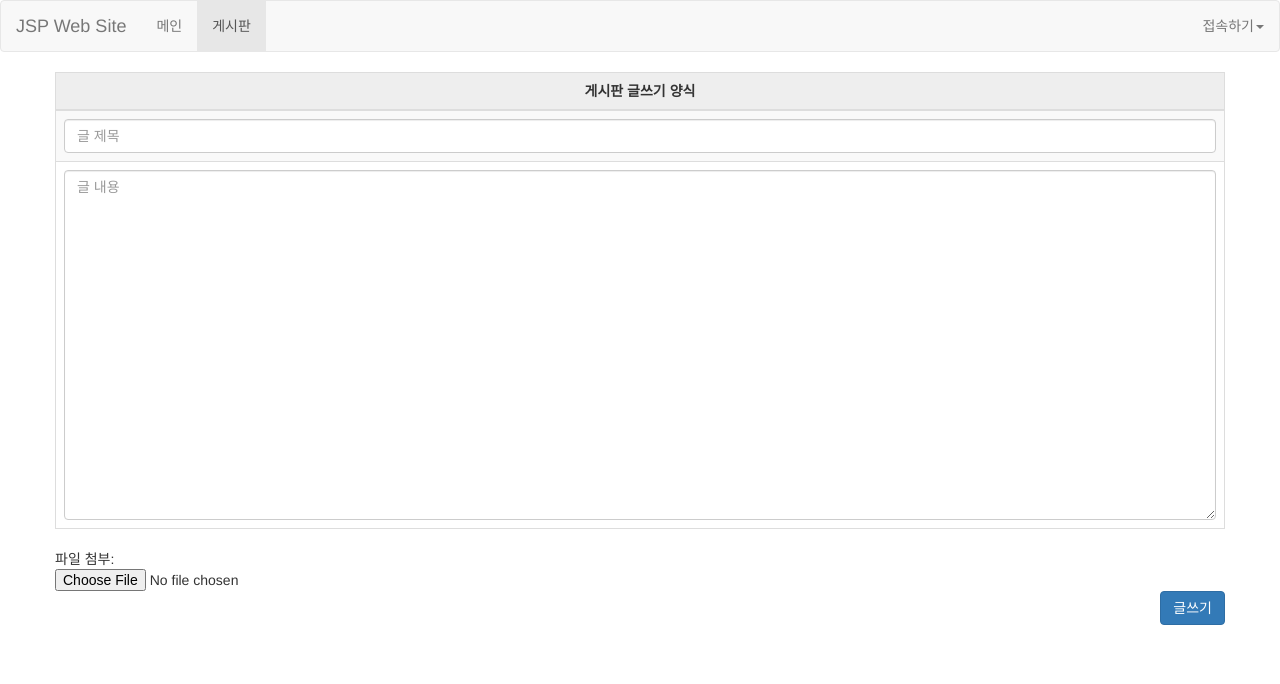
Repository: seung-kook/JSPBBSUPLOAD
Page: http://localhost/BBS/write.jsp
An editor plug-in stored every save of this project. The page is shown before and after the next save, followed by the edit.
The browser window is 1280 px wide. The pictures show the whole page.
Some web libraries are served in a nearby version. The page is served by Tomcat 9.

Above is the page before, as saved 2022-03-15 05:40:24.

After the next save:
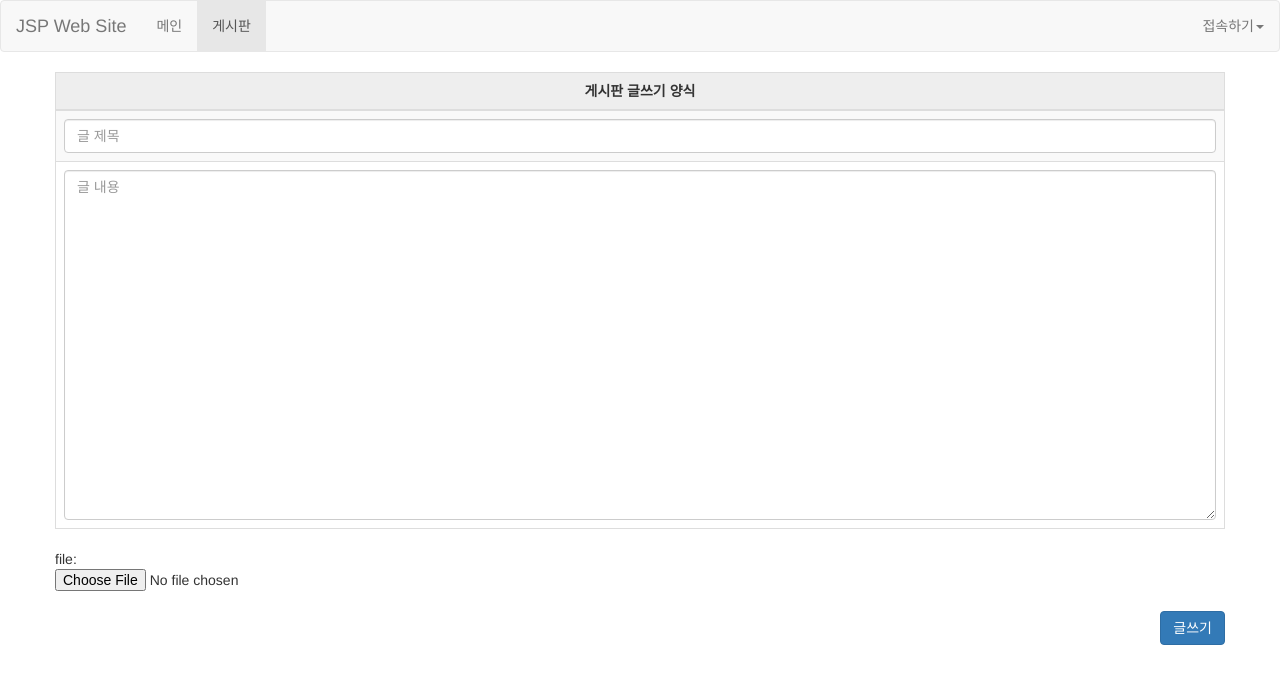
Saved 83 min 54 s later.
--- a/BBS/src/main/webapp/write.jsp
+++ b/BBS/src/main/webapp/write.jsp
@@ -66,7 +66,7 @@
 	</nav>
 	<div class="container">
 		<div class="row">
-			<form method="post" action="writeAction.jsp" enctype="multipart/form-data">
+			<form name="from" method="post" action="writeAction.jsp" enctype="multipart/form-data">
 				<table class="table table-striped" style="text-align: center; border: 1px solid #dddddd">
 					<thead>
 						<tr>
@@ -82,7 +82,7 @@
 						</tr>
 					</tbody>
 				</table>
-				파일 첨부: <input type="file" name="file">
+				file: <input type="file" name="file"><br>
 				<input type="submit" class="btn btn-primary pull-right" value="글쓰기">
 			</form>
 		</div>
